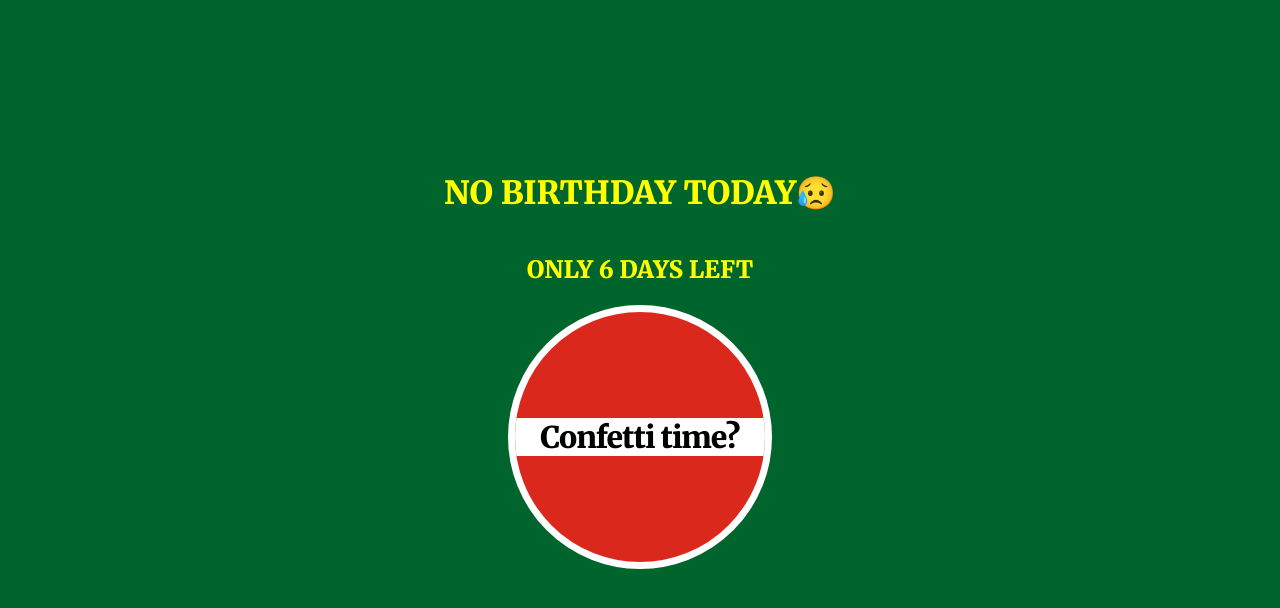
Repository: David-Waite/HannahsBirthdayWebsite
Page: /
These files come from the project's save history. The page is drawn as it stood at one moment and after the next save; the edit follows.
The browser window is 1280 px wide. The pictures show the whole page.
The project was rebuilt for these pictures with package versions that can differ from the ones it lists, and the page was loaded fresh each time.

Above is the page before, as saved 2023-03-30 18:35:50.

After the next save:
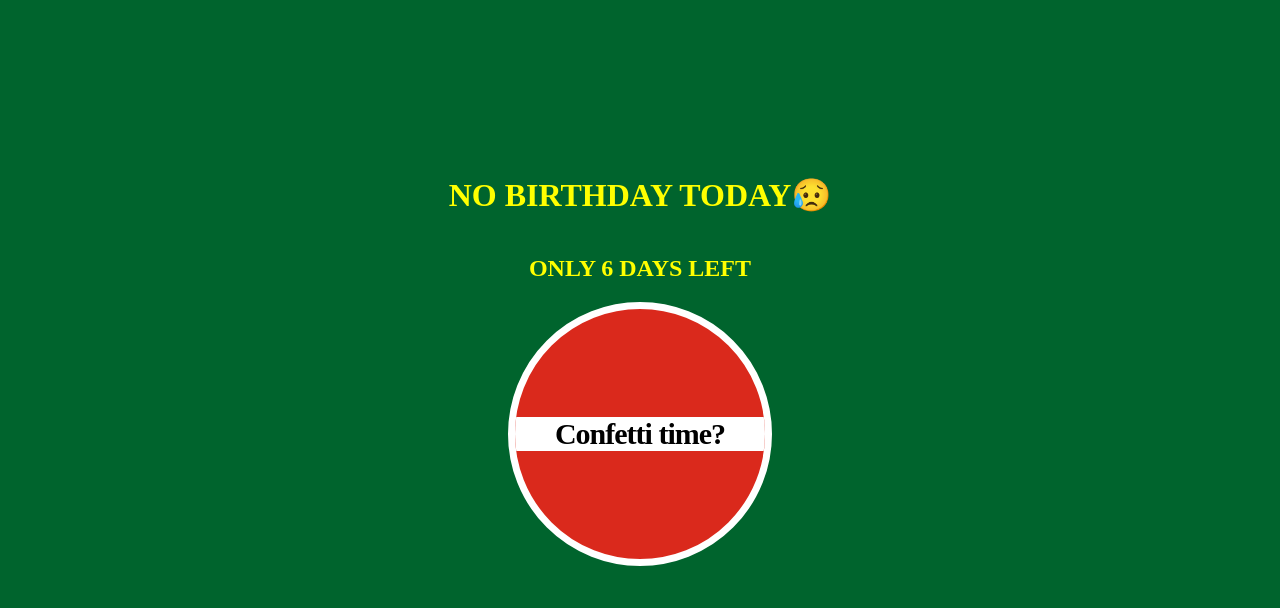
Saved 117 s later.
--- a/public/index.html
+++ b/public/index.html
@@ -27,7 +27,7 @@
     <link rel="preconnect" href="https://fonts.googleapis.com" />
     <link rel="preconnect" href="https://fonts.gstatic.com" crossorigin />
     <link
-      href="https://fonts.googleapis.com/css2?family=Merriweather:wght@900&display=swap"
+      href="https://fonts.googleapis.com/css2?family=Libre+Baskerville:wght@700&display=swap"
       rel="stylesheet"
     />
     <title>Hannah's Birthday?</title>
